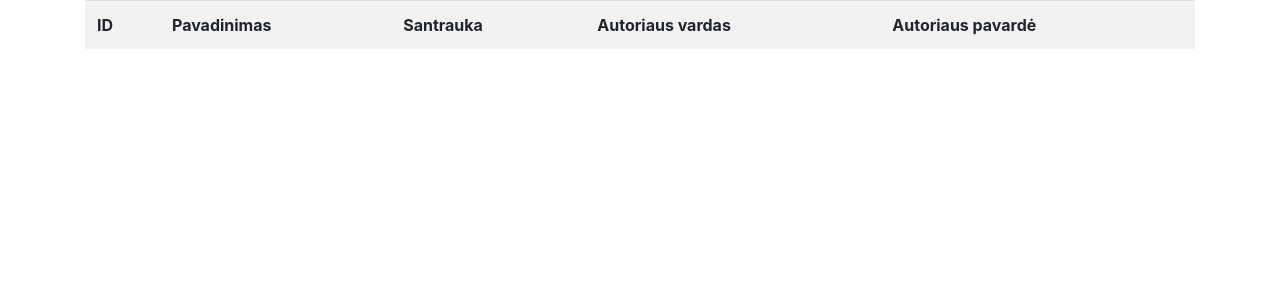
Repository: motiejus1/17-paskaita-PHP-05.31
Page: http://localhost/
The author's editor kept a copy of each file at every save. The page is drawn from the files as they stood at one save, then again after the next save.
The browser window is 1280 px wide. The pictures show the whole page.
Some web libraries are served in a nearby version. The page is run by PHP 8.4 with error messages shown; the project is at /var/www/html/. Queries for data that is not in the repository find no rows.

Above is the page before, as saved 2021-09-16 18:55:54.

After the next save:
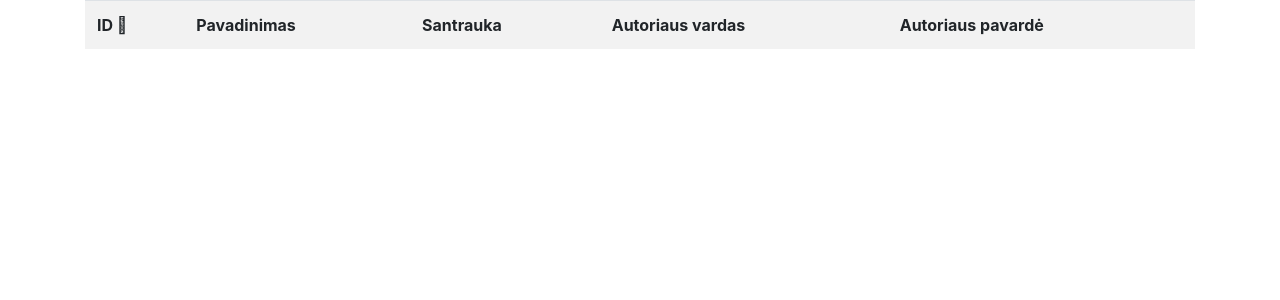
Saved 17 s later.
--- a/index.php
+++ b/index.php
@@ -16,7 +16,7 @@
         <table class="table table-striped">
 
             <tr>
-                <th>ID </th>
+                <th>ID <i class="fas fa-arrow-up"></i></th>
                 <th>Pavadinimas</th>
                 <th>Santrauka</th>
                 <th>Autoriaus vardas</th>
